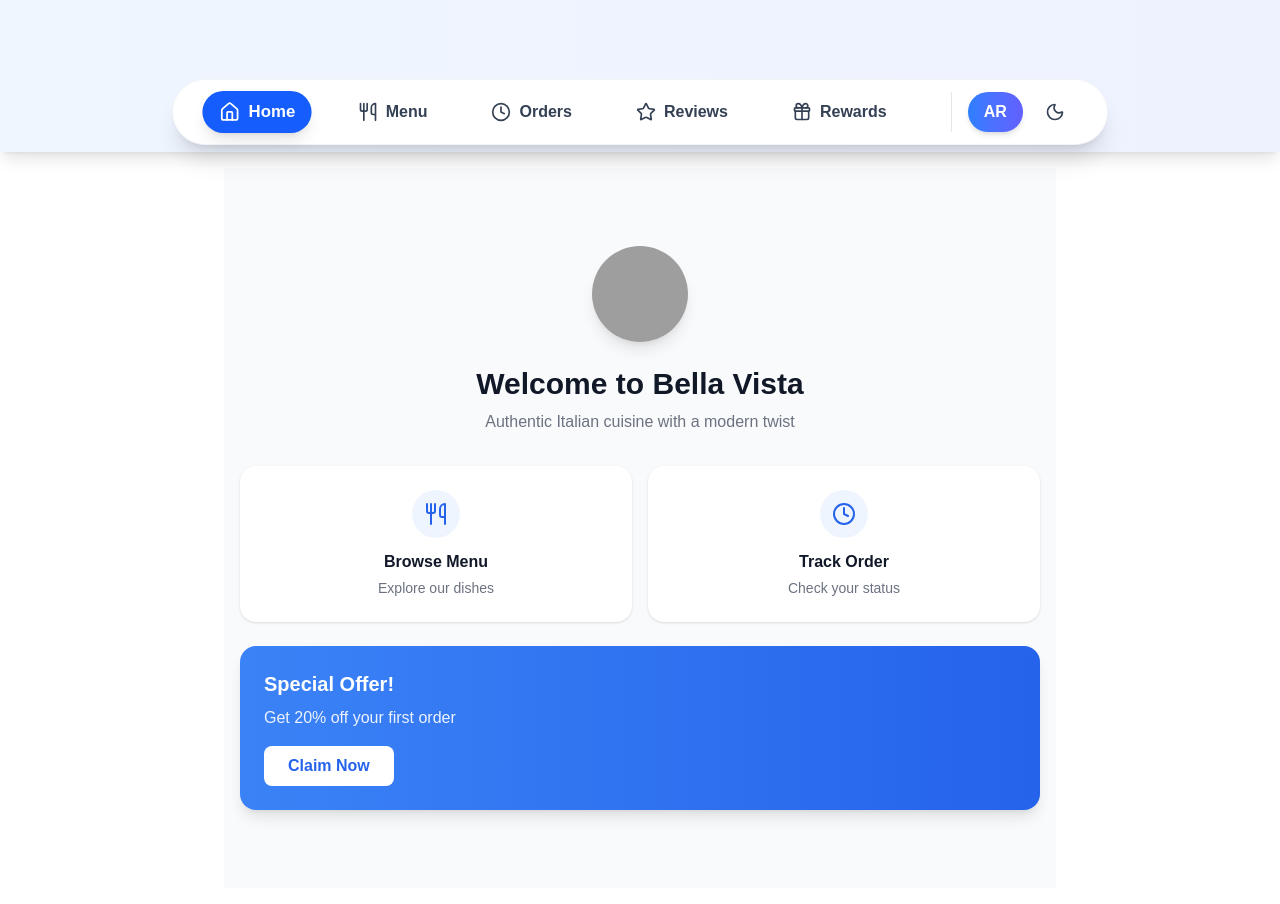
Repository: GraduationMERN/restaurant-system
Page: / (app in client/)
An editor plug-in stored every save of this project. The page is shown before and after the next save, followed by the edit.
The browser window is 1280 px wide. The pictures show the whole page.
Pictures or frames that could not be fetched are drawn as grey boxes. The project was rebuilt for these pictures with package versions that can differ from the ones it lists, and the page was loaded fresh each time. Also part of the build but not shown: client/vite.config.js, client/src/pages/ReviewsPage.jsx, client/src/pages/RewardPage.jsx, client/src/components/ui/badge/Badge.jsx, client/src/components/ecommerce/EcommerceMetrics.jsx, client/src/components/ui/dropdown/Dropdown.jsx, client/src/components/ui/dropdown/DropdownItem.jsx, client/src/components/ecommerce/MonthlySalesChart.jsx and 36 more. Imported but missing from the stored project, and not drawn on this page: client/src/components/form/input/InputField, client/src/pages/admin/UserProfiles.

Above is the page before, as saved 2025-11-29 02:16:14.

### client/index.html
<!doctype html>
<html lang="en">
  <head>
    <meta charset="UTF-8" />
    <link rel="icon" type="image/svg+xml" href="/vite.svg" />
    <meta name="viewport" content="width=device-width, initial-scale=1.0" />
    <title>Restuarant</title>
  </head>
  <body>
    <div id="root"></div>
    <script type="module" src="/src/main.jsx"></script>
  </body>
</html>

### client/src/main.jsx
import { StrictMode } from 'react'
import { createRoot } from 'react-dom/client'
import './index.css'
import "swiper/swiper-bundle.css";
import "flatpickr/dist/flatpickr.css";
import App from './App.jsx'
import './i18n';
import { AppWrapper } from "./components/common/PageMeta.jsx";
import { ThemeProvider } from "./context/ThemeContext.jsx";
createRoot(document.getElementById('root')).render(
  // <StrictMode>
  <ThemeProvider>
    <AppWrapper>
      <App />
    </AppWrapper>
  </ThemeProvider>
  // </StrictMode>,
)

### client/src/App.jsx
import { BrowserRouter, Routes, Route } from "react-router-dom";
import ReviewsPage from "./pages/ReviewsPage";
import LandingPage from "./pages/LandingPage";
import Layout from "./components/Layout";
import RewardPage from "./pages/RewardPage";
import Admin from "./pages/admin/Admin";
import AppLayout from "./layout/admin-layout/AppLayout";
import { ScrollToTop } from "./components/common/ScrollToTop";
import OrderPage from "./features/orders/ui/OrderPage";

function App() {
  return (
    <BrowserRouter>
      <ScrollToTop />
      <Layout>
        <Routes>
          <Route path="/" element={<LandingPage />} />
          <Route path="/reviews" element={<ReviewsPage />} />
          <Route path="/rewards" element={<RewardPage />} />
           <Route path="/orders" element={<OrderPage />} />
          {/* Single Admin Page with section sub-route */}
          <Route element={<AppLayout />}>
            <Route path="/admin/:section?" element={<Admin />} />
          </Route>
        </Routes>
      </Layout>
    </BrowserRouter>
  );
}

export default App;

### client/src/components/common/PageMeta.jsx
import { HelmetProvider, Helmet } from "react-helmet-async";

const PageMeta = ({ title, description }) => (
  <Helmet>
    <title>{title}</title>
    <meta name="description" content={description} />
  </Helmet>
);

export const AppWrapper = ({ children }) => (
  <HelmetProvider>{children}</HelmetProvider>
);

export default PageMeta;

### client/src/context/ThemeContext.jsx
import { createContext, useState, useContext, useEffect } from "react";

const ThemeContext = createContext(undefined);

export const ThemeProvider = ({ children }) => {
  const [theme, setTheme] = useState("light");
  const [isInitialized, setIsInitialized] = useState(false);

  useEffect(() => {
    // This code will only run on the client side
    const savedTheme = localStorage.getItem("theme");
    const initialTheme = savedTheme || "light"; // Default to light theme

    setTheme(initialTheme);
    setIsInitialized(true);
  }, []);

  useEffect(() => {
    if (isInitialized) {
      localStorage.setItem("theme", theme);
      if (theme === "dark") {
        document.documentElement.classList.add("dark");
      } else {
        document.documentElement.classList.remove("dark");
      }
    }
  }, [theme, isInitialized]);

  const toggleTheme = () => {
    setTheme((prevTheme) => (prevTheme === "light" ? "dark" : "light"));
  };

  return (
    <ThemeContext.Provider value={{ theme, toggleTheme }}>
      {children}
    </ThemeContext.Provider>
  );
};

export const useTheme = () => {
  const context = useContext(ThemeContext);
  if (context === undefined) {
    throw new Error("useTheme must be used within a ThemeProvider");
  }
  return context;
};

### client/src/admin.css
@theme {
  --font-*: initial;
  --font-outfit: Outfit, sans-serif;

  --breakpoint-*: initial;
  --breakpoint-2xsm: 375px;
  --breakpoint-sm: 640px;
  --breakpoint-md: 768px;
  --breakpoint-lg: 1024px;
  --breakpoint-xl: 1280px;
  --breakpoint-2xl: 1536px;

  --text-title-2xl: 72px;
  --text-title-2xl--line-height: 90px;
  --text-title-xl: 60px;
  --text-title-xl--line-height: 72px;
  --text-title-lg: 48px;
  --text-title-lg--line-height: 60px;
  --text-title-md: 36px;
  --text-title-md--line-height: 44px;
  --text-title-sm: 30px;
  --text-title-sm--line-height: 38px;
  --text-theme-xl: 20px;
  --text-theme-xl--line-height: 30px;
  --text-theme-sm: 14px;
  --text-theme-sm--line-height: 20px;
  --text-theme-xs: 12px;
  --text-theme-xs--line-height: 18px;

  --color-current: currentColor;
  --color-transparent: transparent;
  --color-white: #ffffff;

  --color-brand-50: #ecf3ff;
  --color-brand-100: #dde9ff;
  --color-brand-200: #c2d6ff;
  --color-brand-300: #9cb9ff;
  --color-brand-400: #7592ff;
  --color-brand-500: #465fff;
  --color-brand-600: #3641f5;
  --color-brand-700: #2a31d8;
  --color-brand-800: #252dae;
  --color-brand-900: #262e89;

  --color-blue-light-50: #f0f9ff;
  --color-blue-light-100: #e0f2fe;
  --color-blue-light-200: #b9e6fe;
  --color-blue-light-300: #7cd4fd;
  --color-blue-light-400: #36bffa;
  --color-blue-light-500: #0ba5ec;
  --color-blue-light-600: #0086c9;
  --color-blue-light-700: #026aa2;
  --color-blue-light-800: #065986;
  --color-blue-light-900: #0b4a6f;

  --color-gray-50: #f9fafb;
  --color-gray-100: #f2f4f7;
  --color-gray-200: #e4e7ec;
  --color-gray-300: #d0d5dd;
  --color-gray-400: #98a2b3;
  --color-gray-500: #667085;
  --color-gray-600: #475467;
  --color-gray-700: #344054;
  --color-gray-800: #1d2939;
  --color-gray-900: #101828;

  --color-gray-dark: #1a2231;

  --color-orange-50: #fff6ed;
  --color-orange-100: #ffead5;
  --color-orange-200: #fddcab;
  --color-orange-300: #feb273;
  --color-orange-400: #fd853a;
  --color-orange-500: #fb6514;
  --color-orange-600: #ec4a0a;
  --color-orange-700: #c4320a;
  --color-orange-800: #9c2a10;
  --color-orange-900: #7e2410;

  --color-success-50: #ecfdf3;
  --color-success-100: #d1fadf;
  --color-success-200: #a6f4c5;
  --color-success-300: #6ce9a6;
  --color-success-400: #32d583;
  --color-success-500: #12b76a;
  --color-success-600: #039855;
  --color-success-700: #027a48;
  --color-success-800: #05603a;
  --color-success-900: #054f31;

  --color-error-50: #fef3f2;
  --color-error-100: #fee4e2;
  --color-error-200: #fecdca;
  --color-error-300: #fda29b;
  --color-error-400: #f97066;
  --color-error-500: #f04438;
  --color-error-600: #d92d20;
  --color-error-700: #b42318;
  --color-error-800: #912018;
  --color-error-900: #7a271a;

  --color-warning-50: #fffaeb;
  --color-warning-100: #fef0c7;
  --color-warning-200: #fedf89;
  --color-warning-300: #fec84b;
  --color-warning-400: #fdb022;
  --color-warning-500: #f79009;
  --color-warning-600: #dc6803;
  --color-warning-700: #b54708;
  --color-warning-800: #93370d;
  --color-warning-900: #7a2e0e;

  --shadow-theme-md: 0px 4px 8px -2px rgba(16, 24, 40, 0.1),
    0px 2px 4px -2px rgba(16, 24, 40, 0.06);
  --shadow-theme-lg: 0px 12px 16px -4px rgba(16, 24, 40, 0.08),
    0px 4px 6px -2px rgba(16, 24, 40, 0.03);
  --shadow-theme-sm: 0px 1px 3px 0px rgba(16, 24, 40, 0.1),
    0px 1px 2px 0px rgba(16, 24, 40, 0.06);
  --shadow-theme-xs: 0px 1px 2px 0px rgba(16, 24, 40, 0.05);
  --shadow-theme-xl: 0px 20px 24px -4px rgba(16, 24, 40, 0.08),
    0px 8px 8px -4px rgba(16, 24, 40, 0.03);
  --shadow-focus-ring: 0px 0px 0px 4px rgba(70, 95, 255, 0.12);

  --z-index-1: 1;
  --z-index-999: 999;
  --z-index-99999: 99999;
}

@layer base {
  *,
  ::after,
  ::before,
  ::backdrop,
  ::file-selector-button {
    border-color: var(--color-gray-200, currentColor);
  }
  button:not(:disabled),
  [role="button"]:not(:disabled) {
    cursor: pointer;
  }
  body {
    @apply relative font-normal font-outfit z-1 bg-gray-50 dark:bg-gray-900;
  }
}

@utility menu-item {
  @apply relative flex items-center w-full gap-3 px-3 py-2 font-medium rounded-lg text-theme-sm;
}

@utility menu-item-active {
  @apply bg-brand-50 text-brand-500 dark:bg-brand-500/[0.12] dark:text-brand-400;
}

@utility menu-item-inactive {
  @apply text-gray-700 hover:bg-gray-100 group-hover:text-gray-700 dark:text-gray-300 dark:hover:bg-white/5 dark:hover:text-gray-300;
}

@utility menu-item-icon-active {
  @apply text-brand-500 dark:text-brand-400;
}

@utility menu-item-icon-size {
  & svg {
    @apply !size-6;
  }
}

@utility menu-item-icon-inactive {
  @apply text-gray-500 group-hover:text-gray-700 dark:text-gray-400 dark:group-hover:text-gray-300;
}

### client/src/pages/LandingPage.jsx
import React from "react";
import { Utensils, Clock } from "lucide-react";

export default function LandingPage() {
  return (
    <div className="min-h-screen bg-default flex items-center justify-center px-4">
      <div className="max-w-7xl w-full">
        {/* Logo and Header */}
        <div className="text-center mb-8">
          <div className="w-24 h-24 mx-auto mb-6 rounded-full overflow-hidden shadow-lg">
            <img
              src="https://images.unsplash.com/photo-1517248135467-4c7edcad34c4?w=200&h=200&fit=crop"
              alt="Bella Vista"
              className="w-full h-full object-cover"
            />
          </div>
          <h1 className="text-3xl font-bold text-on-surface mb-2">
            Welcome to Bella Vista
          </h1>
          <p className="text-muted">
            Authentic Italian cuisine with a modern twist
          </p>
        </div>

        {/* Action Cards */}
        <div className="grid grid-cols-2 gap-4 mb-6">
          <button className="bg-surface rounded-2xl p-6 shadow-sm hover:shadow-md transition text-center">
            <div className="w-12 h-12 bg-primary-100 rounded-full flex items-center justify-center mx-auto mb-3">
              <Utensils className="w-6 h-6 text-primary" />
            </div>
            <h3 className="font-semibold text-on-surface mb-1">Browse Menu</h3>
            <p className="text-sm text-muted">Explore our dishes</p>
          </button>

          <button className="bg-surface rounded-2xl p-6 shadow-sm hover:shadow-md transition text-center">
            <div className="w-12 h-12 bg-primary-100 rounded-full flex items-center justify-center mx-auto mb-3">
              <Clock className="w-6 h-6 text-primary" />
            </div>
            <h3 className="font-semibold text-on-surface mb-1">Track Order</h3>
            <p className="text-sm text-muted">Check your status</p>
          </button>
        </div>

        {/* Special Offer Card */}
        <div className="bg-primary-gradient rounded-2xl p-6 shadow-lg text-white">
          <h3 className="text-xl font-bold mb-2">Special Offer!</h3>
          <p className="mb-4 opacity-90">Get 20% off your first order</p>
          <button className="bg-surface text-primary px-6 py-2 rounded-lg font-semibold hover:bg-default transition">
            Claim Now
          </button>
        </div>
      </div>
    </div>
  );
}

### client/src/components/Layout.jsx
import DesktopNav from "./DesktopNav";
import Navbar from "./Navbar";
import { useLocation } from "react-router-dom";

export default function Layout({ children }) {
  const location = useLocation();
  const isAdmin = location.pathname.startsWith("/admin");

  return (
    <div className="min-h-screen bg-white">
      {/* Desktop horizontal navbar */}
      {!isAdmin && <DesktopNav />}

      {/* Main content */}
      <div className={`w-full flex justify-center ${!isAdmin ? "pt-[calc(10vh+6rem)] pb-20 md:pb-4" : ""}`}>
        <div className="w-full max-w-xl px-4 md:max-w-4xl md:px-8">
          {children}
        </div>
      </div>

      {/* Mobile bottom navbar */}
      {!isAdmin && (
        <div className="md:hidden fixed bottom-0 left-0 right-0 bg-white shadow-lg border-t border-gray-200 z-50">
          <div className="w-full max-w-xl mx-auto h-16 flex justify-between items-center px-4">
            <Navbar />
          </div>
        </div>
      )}
    </div>
  );
}

### client/src/components/DesktopNav.jsx
/* DesktopNav.jsx */
import { Home, Utensils, Clock4, Star, Gift, Moon } from "lucide-react";
import { Link, useLocation } from "react-router-dom";
import { useTranslation } from "react-i18next";

export default function DesktopNav() {
  const { t, i18n } = useTranslation();
  const location = useLocation();

  const isActive = (path) => location.pathname === path;

  return (
    <div className="hidden md:block fixed top-0 left-0 right-0 bg-gradient-to-r from-blue-50 to-indigo-50 shadow-lg z-50 pt-[10vh]">
      <div className="max-w-7xl mx-auto px-8 h-20 flex justify-center items-center">
        <div className="flex gap-8 items-center bg-white px-8 py-3 rounded-full shadow-xl border border-gray-100">
          <Link to="/" className={`flex items-center gap-2 px-4 py-2 rounded-full font-semibold transition-all duration-300 ${isActive('/') ? 'bg-blue-600 text-white shadow-lg scale-105' : 'text-gray-700 hover:bg-blue-50 hover:text-blue-600'}`}>
            <Home size={20} />
            {t("home")}
          </Link>
          <Link to="/menu" className={`flex items-center gap-2 px-4 py-2 rounded-full font-semibold transition-all duration-300 ${isActive('/menu') ? 'bg-blue-600 text-white shadow-lg scale-105' : 'text-gray-700 hover:bg-blue-50 hover:text-blue-600'}`}>
            <Utensils size={20} />
            {t("menu")}
          </Link>
          <Link to="/orders" className={`flex items-center gap-2 px-4 py-2 rounded-full font-semibold transition-all duration-300 ${isActive('/orders') ? 'bg-blue-600 text-white shadow-lg scale-105' : 'text-gray-700 hover:bg-blue-50 hover:text-blue-600'}`}>
            <Clock4 size={20} />
            {t("orders")}
          </Link>
          <Link to="/reviews" className={`flex items-center gap-2 px-4 py-2 rounded-full font-semibold transition-all duration-300 ${isActive('/reviews') ? 'bg-blue-600 text-white shadow-lg scale-105' : 'text-gray-700 hover:bg-blue-50 hover:text-blue-600'}`}>
            <Star size={20} />
            {t("reviews")}
          </Link>
          <Link to="/rewards" className={`flex items-center gap-2 px-4 py-2 rounded-full font-semibold transition-all duration-300 ${isActive('/rewards') ? 'bg-blue-600 text-white shadow-lg scale-105' : 'text-gray-700 hover:bg-blue-50 hover:text-blue-600'}`}>
            <Gift size={20} />
            {t("rewards")}
          </Link>

          <div className="flex gap-3 items-center ml-4 pl-4 border-l border-gray-200">
            {i18n.language === "en" && (
              <button onClick={() => i18n.changeLanguage("ar")} className="px-4 py-2 bg-gradient-to-r from-blue-500 to-indigo-500 text-white rounded-full hover:from-blue-600 hover:to-indigo-600 transition-all duration-300 font-semibold shadow-md hover:shadow-lg">
                AR
              </button>
            )}
            {i18n.language === "ar" && (
              <button onClick={() => i18n.changeLanguage("en")} className="px-4 py-2 bg-gradient-to-r from-blue-500 to-indigo-500 text-white rounded-full hover:from-blue-600 hover:to-indigo-600 transition-all duration-300 font-semibold shadow-md hover:shadow-lg">
                EN
              </button>
            )}
            <button className="p-2.5 hover:bg-gray-100 rounded-full transition-all duration-300 text-gray-700 hover:text-blue-600 hover:scale-110">
              <Moon size={20} />
            </button>
          </div>
        </div>
      </div>
    </div>
  );
}

### client/src/components/Navbar.jsx
import { Home, Utensils, Clock4 , Star, Gift } from "lucide-react";
import { Link, useLocation } from "react-router-dom";
import { useTranslation } from 'react-i18next';

export default function Navbar() {
  const { t, i18n } = useTranslation();

  const location = useLocation();

  // Return true if route is active; caller toggles classes
  const isActive = (path) => location.pathname === path;

  return (
    <div className="w-full bg-surface shadow-sm fixed bottom-0 left-0">
      <div className="w-full max-w-xl mx-auto h-14 flex justify-around items-center px-4">
        {i18n.language=="en"&&<button onClick={() => i18n.changeLanguage("ar")}>AR</button>}
        {i18n.language=="ar"&&<button onClick={() => i18n.changeLanguage("en")}>EN</button>}
        <Link to="/" className={`flex flex-col items-center ${isActive('/') ? 'text-primary' : 'text-muted'}`}>
          <Home size={20} />
          <span className="text-xs">{t("home")}</span>
        </Link>

        <Link to="/menu" className={`flex flex-col items-center ${isActive('/menu') ? 'text-primary' : 'text-muted'}`}>
          <Utensils size={20} />
          <span className="text-xs">{t("menu")}</span>
        </Link>

        <Link to="/orders" className={`flex flex-col items-center ${isActive('/orders') ? 'text-primary' : 'text-muted'}`}>
          <Clock4  size={20} />
          <span className="text-xs">{t("orders")}</span>
        </Link>

        <Link to="/reviews" className={`flex flex-col items-center ${isActive('/reviews') ? 'text-primary' : 'text-muted'}`}>
          <Star size={20} />
          <span className="text-xs">{t("reviews")}</span>
        </Link>

        <Link to="/rewards" className={`flex flex-col items-center ${isActive('/rewards') ? 'text-primary' : 'text-muted'}`}>
          <Gift size={20} />
          <span className="text-xs">{t("rewards")}</span>
        </Link>

      </div>
    </div>
  );
}

Loaded but not shown: client/src/index.css (common file); client/src/components/common/ScrollToTop.jsx (common file); client/src/languages/ArabicLang.json (7 lines, source omitted); client/src/languages/EnglishLang.json (7 lines, source omitted); client/src/icons/admin-icons/index.js (43 lines, source omitted); client/src/i18n.js (30 lines, source omitted); client/src/layout/admin-layout/AppSidebar.jsx (280 lines, source omitted)

After the next save:
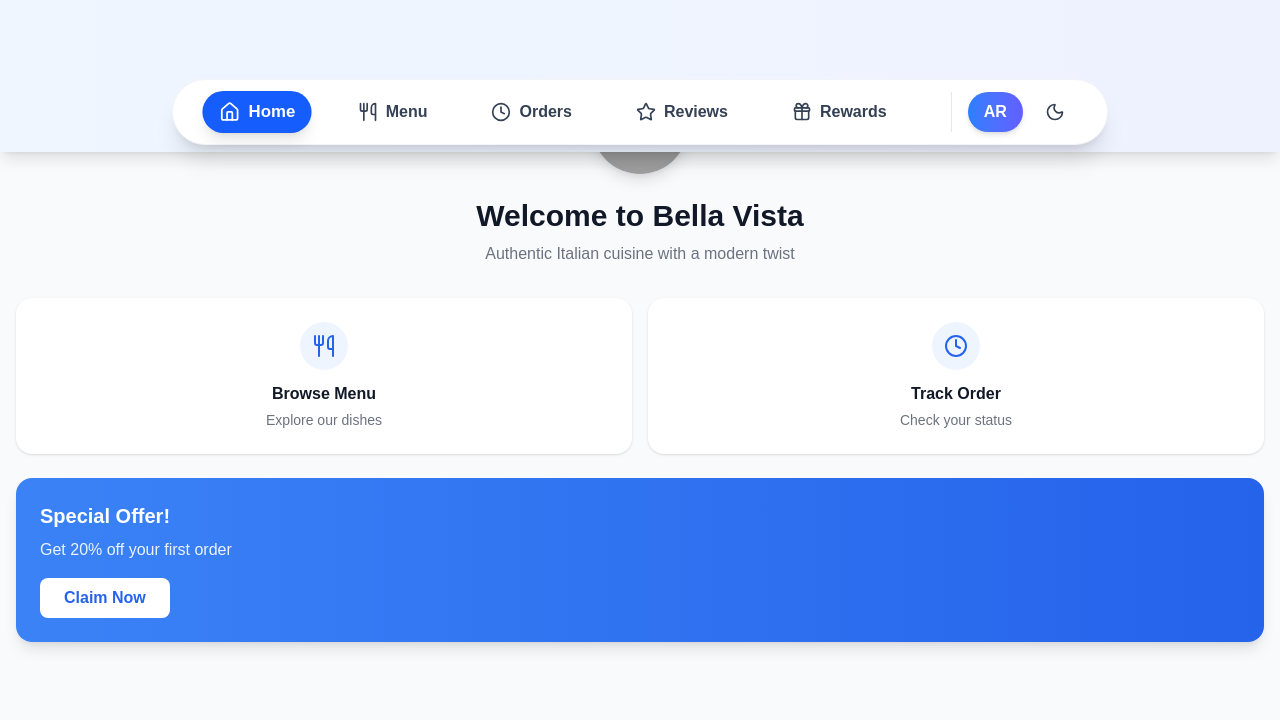
Saved 4 s later.
--- a/client/src/components/Layout.jsx
+++ b/client/src/components/Layout.jsx
@@ -1,4 +1,4 @@
-import DesktopNav from "./DesktopNav";
+import DesktopNav from "./desktopNav";
 import Navbar from "./Navbar";
 import { useLocation } from "react-router-dom";
 
@@ -7,25 +7,19 @@ export default function Layout({ children }) {
   const isAdmin = location.pathname.startsWith("/admin");
 
   return (
-    <div className="min-h-screen bg-white">
-      {/* Desktop horizontal navbar */}
-      {!isAdmin && <DesktopNav />}
-
-      {/* Main content */}
-      <div className={`w-full flex justify-center ${!isAdmin ? "pt-[calc(10vh+6rem)] pb-20 md:pb-4" : ""}`}>
-        <div className="w-full max-w-xl px-4 md:max-w-4xl md:px-8">
+    <div className="min-h-screen w-full flex flex-col bg-default">
+      <div className={` w-full flex justify-center md:block`}>
+        <div className={`w-full  max-w-xl px-4 md:max-w-none md:px-0`}>
           {children}
         </div>
       </div>
 
-      {/* Mobile bottom navbar */}
       {!isAdmin && (
-        <div className="md:hidden fixed bottom-0 left-0 right-0 bg-white shadow-lg border-t border-gray-200 z-50">
-          <div className="w-full max-w-xl mx-auto h-16 flex justify-between items-center px-4">
-            <Navbar />
-          </div>
+        <div className="w-full max-w-xl mx-auto h-20 flex justify-between items-center px-4 md:hidden">
+          <Navbar />
         </div>
       )}
+      {!isAdmin && <DesktopNav />}
     </div>
   );
 }
